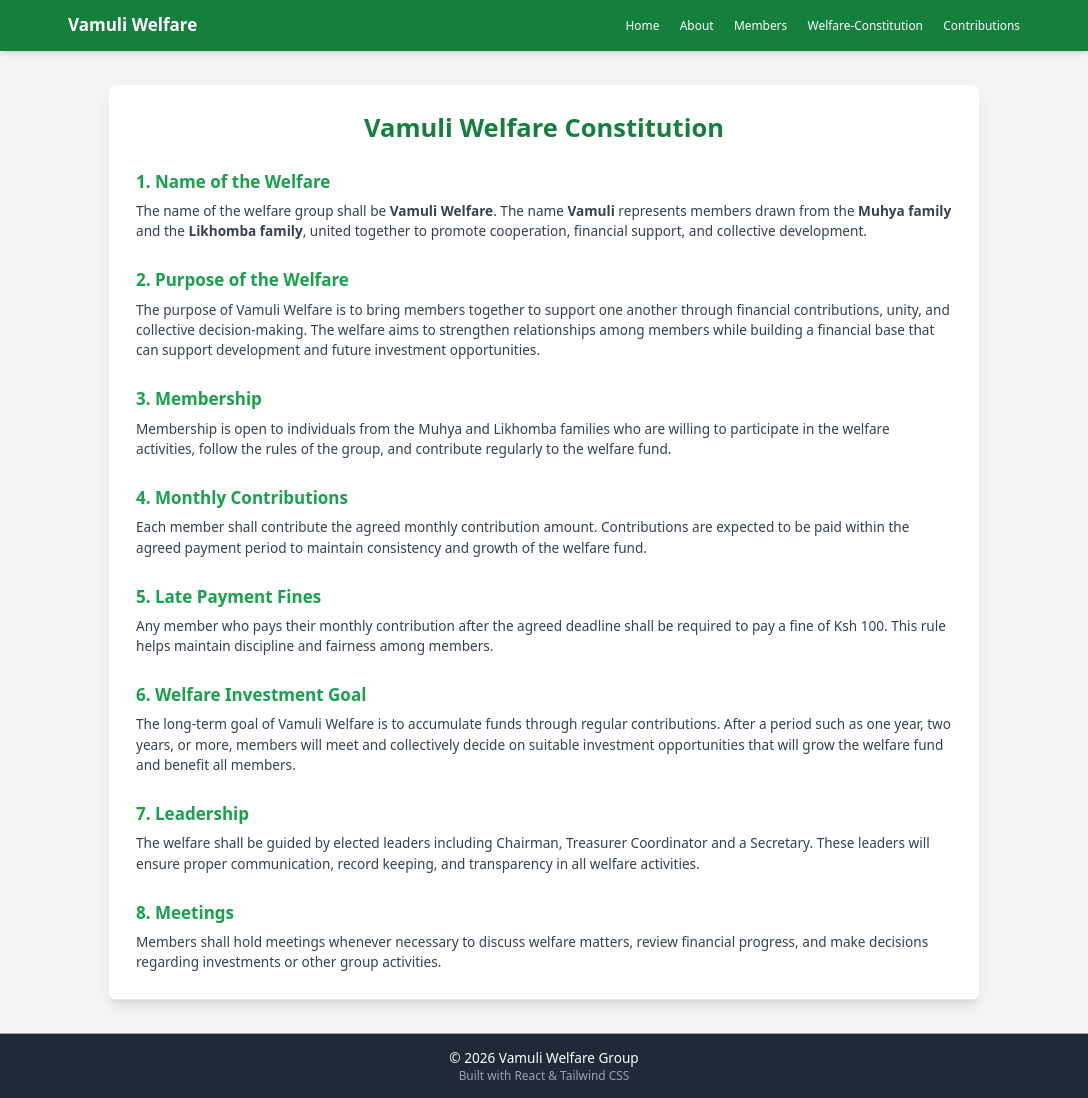
Repository: Engineer-collo/Vamuli-welfare
Page: /constitution
The author's editor kept a copy of each file at every save. The page is drawn from the files as they stood at one save, then again after a run of saves.
The browser window is 1280 px wide. The pictures show the whole page, at 85% of full size.
The project was rebuilt for these pictures with package versions that can differ from the ones it lists, and the page was loaded fresh each time. Also part of the build but not shown: vite.config.js, src/pages/contributionsData.js, src/pages/Home.jsx, src/pages/Members.jsx, src/pages/ContributionsTable.jsx, src/pages/About.jsx.

Above is the page before, as saved 2026-03-16 15:19:21.

### index.html
<!doctype html>
<html lang="en">
  <head>
    <meta charset="UTF-8" />
    <link rel="icon" type="image/svg+xml" href="/favicon.svg" />
    <meta name="viewport" content="width=device-width, initial-scale=1.0" />
    <title>vamuli-welfare</title>
  </head>
  <body>
    <div id="root"></div>
    <script type="module" src="/src/main.jsx"></script>
  </body>
</html>

### src/App.jsx
import { BrowserRouter as Router, Routes, Route } from "react-router-dom";

import Navbar from "./components/Navbar";
import Footer from "./components/Footer";

import Home from "./pages/Home";
import Members from "./pages/Members";
import ContributionsTable from "./pages/ContributionsTable";
import WelfareConstituion from "./pages/WelfareConstituion";
import About from "./pages/About";

function App() {
  return (
    <Router>
      <div className="bg-gray-100 min-h-screen">

        <Navbar />

        <Routes>
          <Route path="/" element={<Home />} />
          <Route path="/members" element={<Members />} />
          <Route path="/contributions" element={<ContributionsTable />} />
          <Route path="/about" element={<About />} />
          <Route path="/constitution" element={<WelfareConstituion/>} />

        </Routes>

        <Footer />

      </div>
    </Router>
  );
}

export default App;

### src/components/Navbar.jsx
import { Link } from "react-router-dom";

function Navbar() {
  return (
    <nav className="bg-green-700 text-white shadow-md">
      <div className="max-w-6xl mx-auto flex justify-between items-center p-4">

        <h1 className="text-xl font-bold">
          <Link to="/">Vamuli Welfare</Link>
        </h1>

        <ul className="flex gap-6 text-sm">
          <li>
            <Link to="/" className="hover:text-gray-200">Home</Link>
          </li>

          <li>
            <Link to="/about" className="hover:text-gray-200">About</Link>
          </li>

          <li>
            <Link to="/members" className="hover:text-gray-200">Members</Link>
          </li>

          <li>
            <Link to="/constitution" className="hover:text-gray-200">Welfare-Constitution</Link>
          </li>


          <li>
            <Link to="/contributions" className="hover:text-gray-200">Contributions</Link>
          </li>



        </ul>

      </div>
    </nav>
  );
}

export default Navbar;

### src/components/Footer.jsx
import React from "react";

function Footer() {
  return (
    <footer className="bg-gray-800 text-white mt-10">
      <div className="max-w-6xl mx-auto text-center p-4">
        <p>© 2026 Vamuli Welfare Group</p>
        <p className="text-sm text-gray-400">
          Built with React & Tailwind CSS
        </p>
      </div>
    </footer>
  );
}

export default Footer;

### src/pages/WelfareConstituion.jsx
import React from "react";

function Constitution() {
  return (
    <div className="max-w-5xl mx-auto mt-10 bg-white shadow-lg rounded-lg p-8">

      <h1 className="text-3xl font-bold text-center text-green-700 mb-8">
        Vamuli Welfare Constitution
      </h1>

      {/* Introduction */}

      <section className="mb-8">
        <h2 className="text-xl font-semibold text-green-600 mb-2">
          1. Name of the Welfare
        </h2>

        <p className="text-gray-700">
          The name of the welfare group shall be <strong>Vamuli Welfare</strong>.
          The name <strong>Vamuli</strong> represents members drawn from the
          <strong> Muhya family </strong> and the <strong>Likhomba family</strong>,
          united together to promote cooperation, financial support, and
          collective development.
        </p>
      </section>

      {/* Purpose */}

      <section className="mb-8">
        <h2 className="text-xl font-semibold text-green-600 mb-2">
          2. Purpose of the Welfare
        </h2>

        <p className="text-gray-700">
          The purpose of Vamuli Welfare is to bring members together to support
          one another through financial contributions, unity, and collective
          decision-making. The welfare aims to strengthen relationships among
          members while building a financial base that can support development
          and future investment opportunities.
        </p>
      </section>

      {/* Membership */}

      <section className="mb-8">
        <h2 className="text-xl font-semibold text-green-600 mb-2">
          3. Membership
        </h2>

        <p className="text-gray-700">
          Membership is open to individuals from the Muhya and Likhomba
          families who are willing to participate in the welfare activities,
          follow the rules of the group, and contribute regularly to the
          welfare fund.
        </p>
      </section>

      {/* Contributions */}

      <section className="mb-8">
        <h2 className="text-xl font-semibold text-green-600 mb-2">
          4. Monthly Contributions
        </h2>

        <p className="text-gray-700">
          Each member shall contribute the agreed monthly contribution amount.
          Contributions are expected to be paid within the agreed payment
          period to maintain consistency and growth of the welfare fund.
        </p>
      </section>

      {/* Fines */}

      <section className="mb-8">
        <h2 className="text-xl font-semibold text-green-600 mb-2">
          5. Late Payment Fines
        </h2>

        <p className="text-gray-700">
          Any member who pays their monthly contribution after the agreed
          deadline shall be required to pay a fine of Ksh 100. This rule helps
          maintain discipline and fairness among members.
        </p>
      </section>

      {/* Investment */}

      <section className="mb-8">
        <h2 className="text-xl font-semibold text-green-600 mb-2">
          6. Welfare Investment Goal
        </h2>

        <p className="text-gray-700">
          The long-term goal of Vamuli Welfare is to accumulate funds through
          regular contributions. After a period such as one year, two years, or
          more, members will meet and collectively decide on suitable
          investment opportunities that will grow the welfare fund and benefit
          all members.
        </p>
      </section>

      {/* Leadership */}

      <section className="mb-8">
        <h2 className="text-xl font-semibold text-green-600 mb-2">
          7. Leadership
        </h2>

        <p className="text-gray-700">
          The welfare shall be guided by elected leaders including Chairman, Treasurer
          Coordinator and a Secretary. These leaders will ensure proper
          communication, record keeping, and transparency in all welfare
          activities.
        </p>
      </section>

      {/* Meetings */}

      <section>
        <h2 className="text-xl font-semibold text-green-600 mb-2">
          8. Meetings
        </h2>

        <p className="text-gray-700">
          Members shall hold meetings whenever necessary to discuss welfare
          matters, review financial progress, and make decisions regarding
          investments or other group activities.
        </p>
      </section>

    </div>
  );
}

export default Constitution;

### tailwind.config.js
/** @type {import('tailwindcss').Config} */
module.exports = {
  content: [
    "./index.html",
    "./src/**/*.{js,jsx}"
  ],
  theme: {
    extend: {},
  },
  plugins: [],
};

Loaded but not shown: src/main.jsx (common file); src/index.css (common file)

After the next 9 saves:
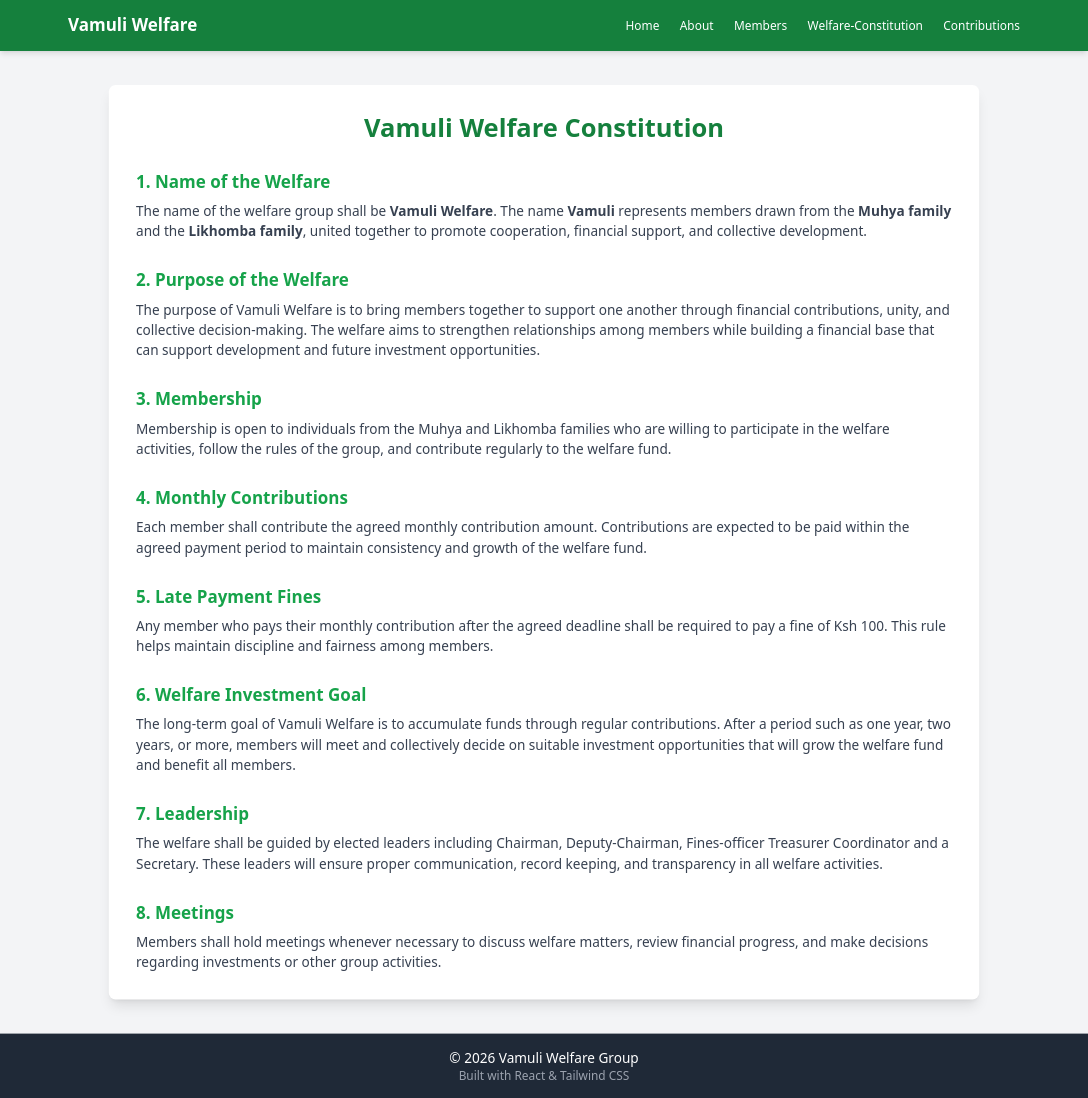
The 9 saves are shown as one change because they came seconds apart.
The last was saved 39 s later.
--- a/src/pages/WelfareConstituion.jsx
+++ b/src/pages/WelfareConstituion.jsx
@@ -107,7 +107,7 @@ function Constitution() {
         </h2>
 
         <p className="text-gray-700">
-          The welfare shall be guided by elected leaders including Chairman, Treasurer
+          The welfare shall be guided by elected leaders including Chairman, Deputy-Chairman, Fines-officer Treasurer
           Coordinator and a Secretary. These leaders will ensure proper
           communication, record keeping, and transparency in all welfare
           activities.
